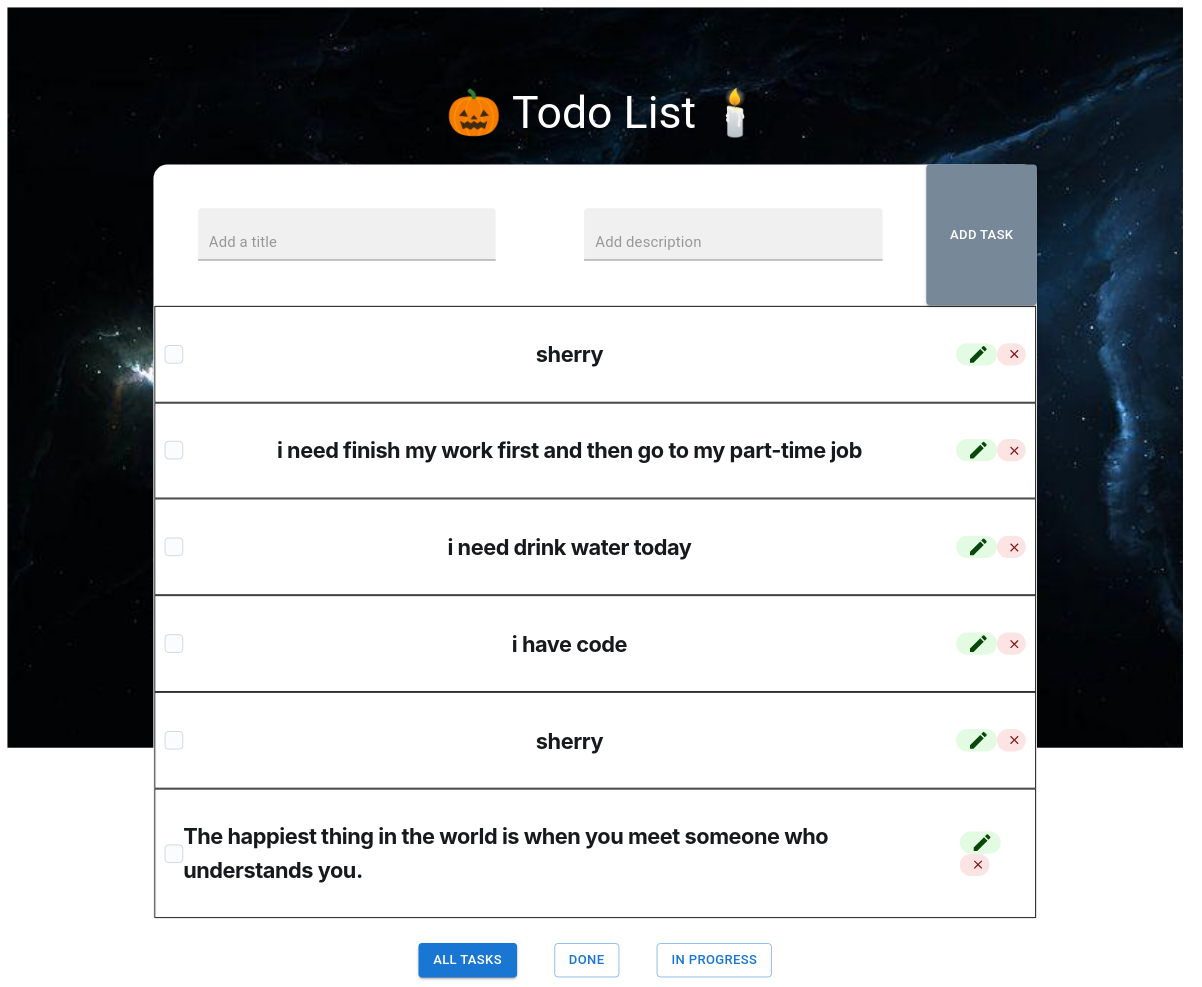
Repository: Tracy-maker/TodoList
Page: /
The author's editor kept a copy of each file at every save. The page is drawn from the files as they stood at one save, then again after the next save.
The browser window is 1280 px wide. The page is 1292 px wide, so the pictures cover 1292 px, including what lies to the right of the window. The pictures show the whole page, at 93% of full size.
The project was rebuilt for these pictures with package versions that can differ from the ones it lists, and the page was loaded fresh each time. Requests to the local data server were answered from the project's data file. Also part of the build but not shown: src/components/TaskEdit.js.

Above is the page before, as saved 2023-09-20 12:08:48.

### public/index.html
<!DOCTYPE html>
<html lang="en">
  <head>
    <meta charset="utf-8" />
    <link rel="icon" href="%PUBLIC_URL%/favicon.ico" />
    <meta name="viewport" content="width=device-width, initial-scale=1" />
    <meta name="theme-color" content="#000000" />
    <meta
      name="description"
      content="Web site created using create-react-app"
    />
    <link rel="apple-touch-icon" href="%PUBLIC_URL%/logo192.png" />
    <!--
      manifest.json provides metadata used when your web app is installed on a
      user's mobile device or desktop. See https://developers.google.com/web/fundamentals/web-app-manifest/
    -->
    <link rel="manifest" href="%PUBLIC_URL%/manifest.json" />
    <link href="https://fonts.googleapis.com/css2?family=Montserrat:wght@300;400;500&amp;display=swap" rel="stylesheet">
    <!--
      Notice the use of %PUBLIC_URL% in the tags above.
      It will be replaced with the URL of the `public` folder during the build.
      Only files inside the `public` folder can be referenced from the HTML.

      Unlike "/favicon.ico" or "favicon.ico", "%PUBLIC_URL%/favicon.ico" will
      work correctly both with client-side routing and a non-root public URL.
      Learn how to configure a non-root public URL by running `npm run build`.
    -->
    <title>React App</title>
  </head>
  <body>
    <noscript>You need to enable JavaScript to run this app.</noscript>
    <div id="root"></div>
    <!--
      This HTML file is a template.
      If you open it directly in the browser, you will see an empty page.

      You can add webfonts, meta tags, or analytics to this file.
      The build step will place the bundled scripts into the <body> tag.

      To begin the development, run `npm start` or `yarn start`.
      To create a production bundle, use `npm run build` or `yarn build`.
    -->
  </body>
</html>

### src/App.js
import { useState, useEffect } from "react";
import axios from "axios";
import CreateTask from "./components/CreateTask";
import TaskList from "./components/TaskList";
import { Box, Stack } from "@mui/material";
import styled from "styled-components";
import Typography from "@mui/material/Typography";
import TaskButton from "./components/TaskButton";
import Image1 from "./image/7.jpg";

const StyledContainer = styled(Stack)`
  height: 100vh;
  width: 100%;
  display: flex;
  align-items: stretch;
  padding-top: 6%;
  background-image: url(${Image1});
  background-size: cover;
  background-repeat: no-repeat;
`;

const TaskForm = styled(Box)`
  margin-left: auto;
  margin-right: auto;
  width: 950px;
  background-color: white;
  border-radius: 15px;
  @media (max-width: 768px) {
    width: 100%;
  }
`;
const Title = styled(Typography)`
  color: white;
  margin: auto;
  width: 100%;
  padding: 10px;
  text-align: center;
`;

function App() {
  const [tasks, setTasks] = useState([]);
  const [filter, setFilter] = useState("all");

  const fetchTask = async () => {
    const response = await axios.get("http://localhost:3001/tasks");
    setTasks(response.data);
  };

  useEffect(() => {
    fetchTask();
  }, []);

  const createTask = async (title) => {
    const response = await axios.post("http://localhost:3001/tasks", {
      title,
      status: "inProgress",
    });
    const updatedTasks = [...tasks, response.data];
    setTasks(updatedTasks);
  };

  const deleteTasksById = async (id) => {
    await axios.delete(`http://localhost:3001/tasks/${id}`);
    const updatedTasks = tasks.filter((task) => {
      return task.id !== id;
    });
    setTasks(updatedTasks);
  };

  const editTaskById = async (id, newTitle) => {
    const response = await axios.put(`http://localhost:3001/tasks/${id}`, {
      title: newTitle,
    });

    const updatedTasks = tasks.map((task) => {
      if (task.id === id) {
        return {
          ...task,
          ...response.data,
        };
      }
      return tasks;
    });
    setTasks(updatedTasks);
  };

  const handleFilterTasks = (filter) => {
    setFilter(filter);
  };

  let filteredTasks = tasks;
  if (filter !== "all") {
    filteredTasks = tasks.filter((task) => task.status === filter);
  }

  const toggleCheckedBoxById = (id) => {
    const updatedTasks = tasks.map((task) => {
      if (task.id === id) {
        let nextStatus;
        if (task.status === "done") {
          nextStatus = "inProgress";
        } else {
          nextStatus = "done";
        }
        return {
          ...task,
          status: nextStatus,
        };
      }
      return task;
    });
    setTasks(updatedTasks);
  };

  return (
    <StyledContainer>
      <Title variant="h3" gutterBottom>
        🎃 Todo List 🕯️
      </Title>
      <TaskForm>
        <CreateTask onCreate={createTask} />
        <TaskList
          toggleCheckedBoxById={toggleCheckedBoxById}
          tasks={filteredTasks}
          onDelete={deleteTasksById}
          onEdit={editTaskById}
        />
        <TaskButton defaultValue={filter} onFilterChange={handleFilterTasks} />
      </TaskForm>
    </StyledContainer>
  );
}
export default App;

### src/components/CreateTask.js
import * as React from "react";
import Stack from "@mui/material/Stack";
import TextField from "@mui/material/TextField";
import Button from "@mui/material/Button";
import { useState } from "react";
import { styled } from "@mui/material";

const Input = styled(TextField)`
  padding: 5%;
  width: 65%;
`;

const AddButton = styled(Button)`
`

function CreateTask(props) {
  const [title, setTitle] = useState("");

  const handleChange = (event) => {
    setTitle(event.target.value);
  };

  const handleSubmit = (event) => {
    event.preventDefault();
    if (title.trim() !== "") {
      props.onCreate(title);
      setTitle("");
    }
  };

  return (
    <Stack onSubmit={handleSubmit} component="form" direction="row">
      <Input
        value={title}
        onChange={handleChange}
        placeholder="Add a title"
        variant="filled"
      />
      <Input
        value={title}
        onChange={handleChange}
        placeholder="Add description"
        variant="filled"
      />
      <AddButton
        sx={{
          width: "25ch",
          backgroundColor: "#778899",
        }}
        type="submit"
        variant="contained"
      >
        Add Task
      </AddButton>
    </Stack>
  );
}

export default CreateTask;

### src/components/TaskList.js
import * as React from "react";
import { Paper, Box } from "@mui/material";
import TaskShow from "./TaskShow";



function TaskList(props) {

  const renderedTasksList = props.tasks.map((task) => {
    return (
      <TaskShow
        key={task.id}
        task={task}
        onDelete={props.onDelete}
        onEdit={props.onEdit}
        toggleCheckedBoxById={props.toggleCheckedBoxById}
      />
    );
  });

  return (
    <Box mb={2}>
      <Paper variant="outlined">{renderedTasksList}</Paper>
    </Box>
  );
}
export default TaskList;

### src/components/TaskButton.js
import * as React from "react";
import { Box, Button } from "@mui/material";
import styled from "styled-components";

const ButtonNavigationBar = styled(Box)`
  display: flex;
  justify-content: center;
  gap: 40px;
  padding: 10px;
`;

function TaskButton(props) {
  return (
    <ButtonNavigationBar>
      <Button
        variant={props.defaultValue === "all" ? "contained" : "outlined"}
        onClick={() => props.onFilterChange("all")}
      >
        All Tasks
      </Button>
      <Button
        variant={props.defaultValue === "done" ? "contained" : "outlined"}
        onClick={() => props.onFilterChange("done")}
      >
        Done
      </Button>
      <Button
        variant={props.defaultValue === "inProgress" ? "contained" : "outlined"}
        onClick={() => props.onFilterChange("inProgress")}
      >
        In Progress
      </Button>
    </ButtonNavigationBar>
  );
}
export default TaskButton;

### src/components/TaskShow.js
import * as React from "react";
import { useState } from "react";
import Typography from "@mui/joy/Typography";
import Checkbox from "@mui/joy/Checkbox";
import Chip from "@mui/joy/Chip";
import ChipDelete from "@mui/joy/ChipDelete";
import styled from "styled-components";
import { Box } from "@mui/material";
import EditIcon from "@mui/icons-material/Edit";
import TaskEdit from "./TaskEdit";

const TaskItem = styled(Box)`
  display: flex;
  justify-content: space-between;
  align-items: center;
  padding: 10px;
  border-style: solid;
  border-width: 1px;
`;

const Title = styled(Typography)`
  text-decoration: ${({ isDeleted }) => (isDeleted ? "line-through" : "none")};
`;

function TaskShow(props) {
  const [showEdit, setShowEdit] = useState(false);

  const handleEdit = () => {
    setShowEdit(!showEdit);
  };

  const handleSubmit = (id, newTitle) => {
    setShowEdit(false);
    props.onEdit(id, newTitle);
  };

  let content = <h3>{props.task.title}</h3>;
  if (showEdit) {
    content = <TaskEdit onSubmit={handleSubmit} task={props.task} />;
  }

  const handleDelete = () => {
    props.onDelete(props.task.id);
  };

  const handleCheckboxChange = () => {
    props.toggleCheckedBoxById(props.task.id);
  };

  return (
    <TaskItem>
      <Checkbox
        checked={props.task.status === "done"}
        onChange={handleCheckboxChange}
      />
      <Title isDeleted={props.task.status === "done"} level="h4">
        {content}
      </Title>
      <Box>
        <Chip
          variant="soft"
          color="success"
          onClick={handleEdit}
          endDecorator={<EditIcon />}
        />

        <Chip
          variant="soft"
          color="danger"
          endDecorator={<ChipDelete onClick={handleDelete} />}
        />
      </Box>
    </TaskItem>
  );
}

export default TaskShow;

### db.json
{
  "tasks": [
    {
      "title": "sherry",
      "status": "inProgress",
      "id": 1
    },
    {
      "title": "i need finish my work first and then go to my part-time job",
      "status": "inProgress",
      "id": 2
    },
    {
      "title": "i need drink water today",
      "status": "inProgress",
      "id": 3
    },
    {
      "title": "i have code",
      "status": "inProgress",
      "id": 4
    },
    {
      "title": "sherry",
      "status": "inProgress",
      "id": 5
    },
    {
      "title": "The happiest thing in the world is when you meet someone who understands you.",
      "status": "inProgress",
      "id": 6
    }
  ]
}

Loaded but not shown: src/index.js (common file)

After the next save:
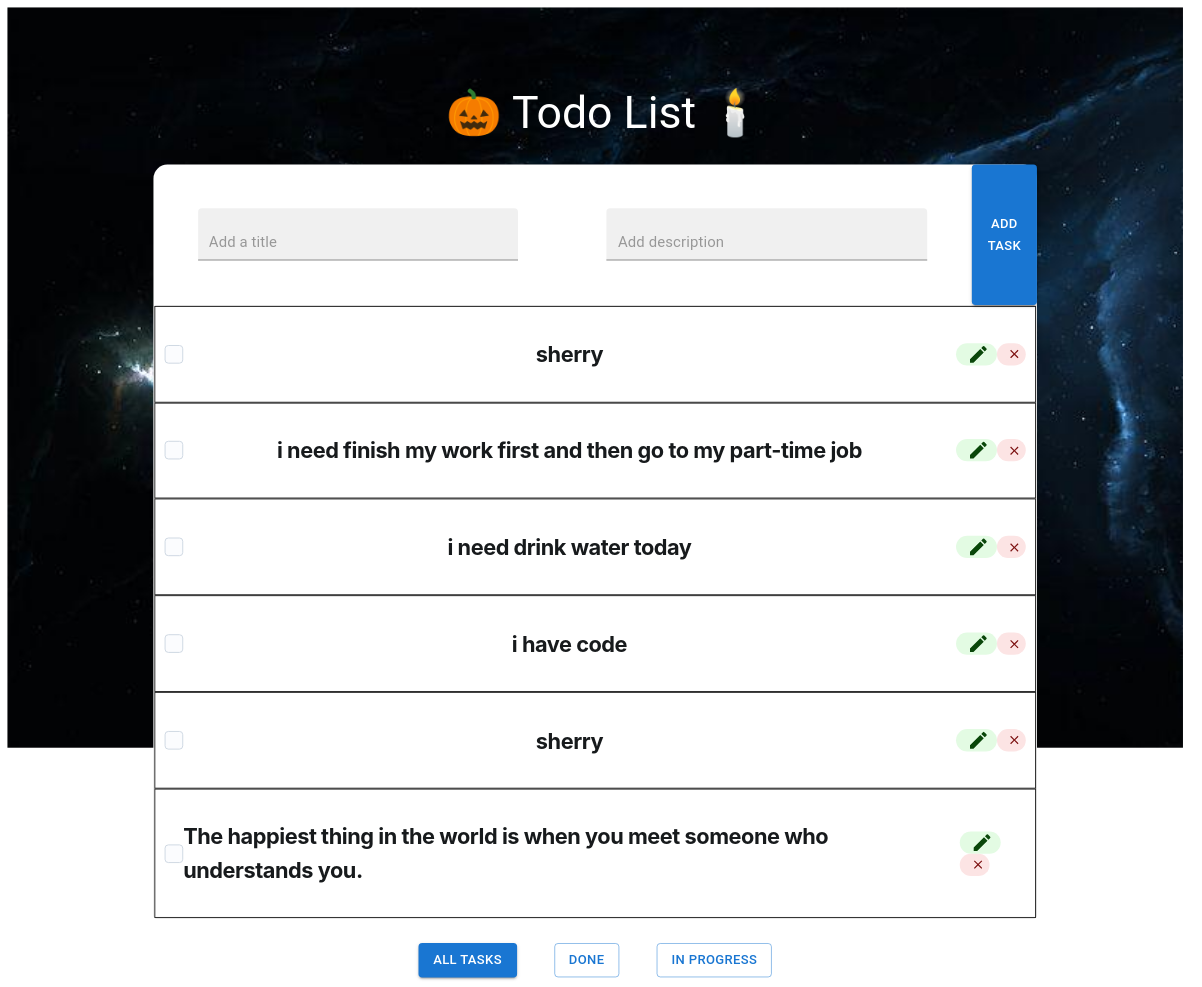
Saved 15 s later.
--- a/src/components/CreateTask.js
+++ b/src/components/CreateTask.js
@@ -43,10 +43,7 @@ function CreateTask(props) {
         variant="filled"
       />
       <AddButton
-        sx={{
-          width: "25ch",
-          backgroundColor: "#778899",
-        }}
+
         type="submit"
         variant="contained"
       >
